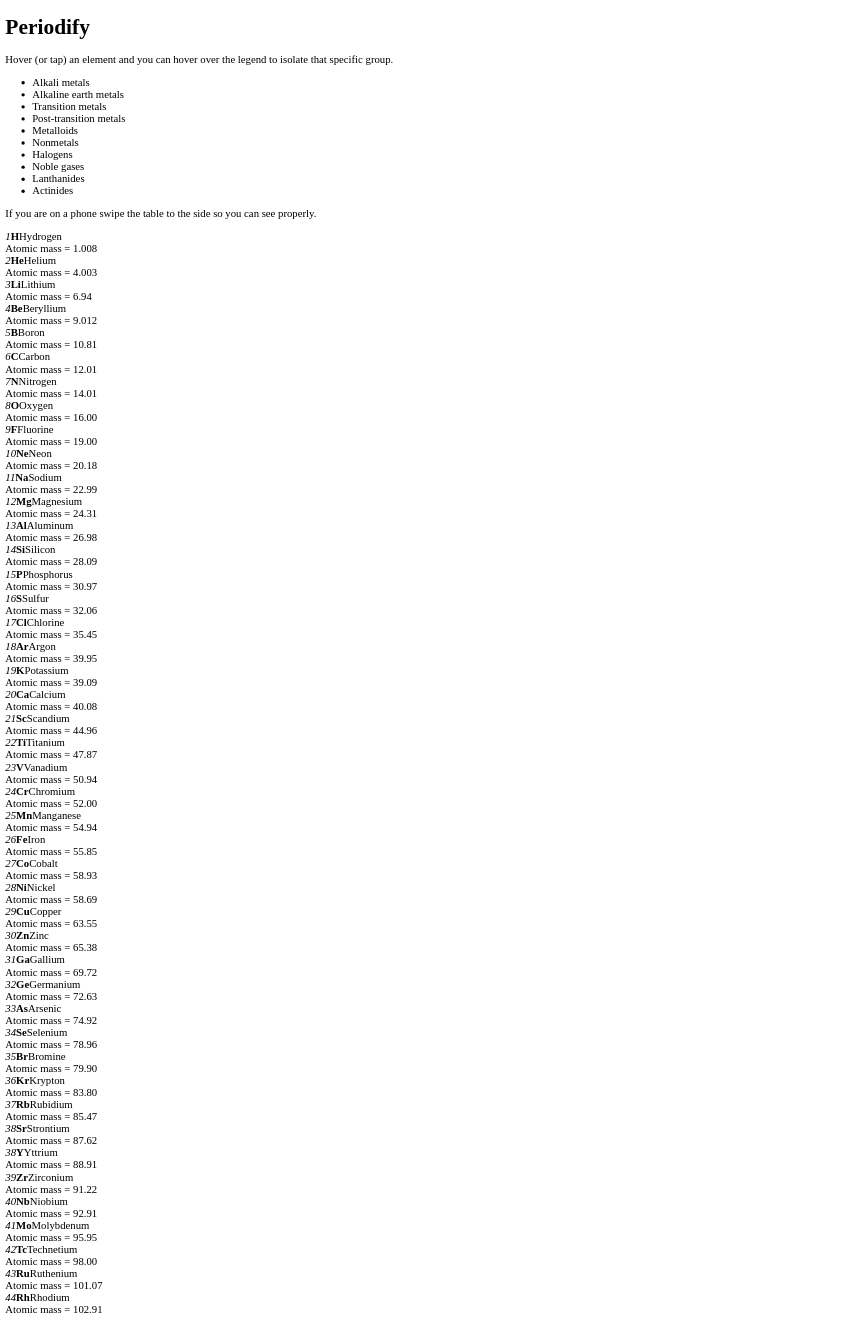
Repository: manayparikh1/Periodify
Page: index.html
These files come from the project's save history. The page is drawn as it stood at one moment and after the next save; the edit follows.
The browser window is 1280 px wide. The pictures show the whole page, at 67% of full size.

Above is the page before, as saved 2026-10-16 15:20:26.

### index.html
<!DOCTYPE html>
<html lang="en">

<head>
    <meta charset="UTF-8">
    <meta name="viewport" content="width=device-width, initial-scale=1.0">
    <title>Periodify</title>
</head>

<body>
    <!-- === HTML STARTS here===-->
    <header>
        <h1>Period<span>ify</span></h1>
        <p>Hover (or tap) an element and you can hover over the legend to isolate that specific group.</p>
    </header>
    <!-- === Legend === -->
    <ul class="legend">
        <li class="k-ak" style="--c: var(--ak);">Alkali metals</li>
        <li class="k-ae" style="--c: var(--ae);">Alkaline earth metals</li>
        <li class="k-tm" style="--c: var(--tm);">Transition metals</li>
        <li class="k-pt" style="--c: var(--pt);">Post-transition metals</li>
        <li class="k-md" style="--c: var(--md);">Metalloids</li>
        <li class="k-nm" style="--c: var(--nm);">Nonmetals</li>
        <li class="k-hg" style="--c: var(--hg);">Halogens</li>
        <li class="k-hl" style="--c: var(--hl);">Noble gases</li>
        <li class="k-la" style="--c: var(--la);">Lanthanides</li>
        <li class="k-ac" style="--c: var(--ac);">Actinides</li>
    </ul>
    <p class="hint">If you are on a phone swipe the table to the side so you can see properly.</p>
    <div class="scroll">
        <div class="table">

            <!-- The first period -->
            <div class="el nm" tabindex="0"><i>1</i><b>H</b><span>Hydrogen<br>Atomic mass = 1.008</span></div>
            <div class="gap" style="--n:16"></div>
            <!-- Gives a 16 element gap because hydron and helium are not in the same column -->
            <div class="el ng" tabindex="0"><i>2</i><b>He</b><span>Helium<br>Atomic mass = 4.003</span></div>
            <!-- The second period -->
            <div class="el ak" tabindex="0"><i>3</i><b>Li</b><span>Lithium<br>Atomic mass = 6.94</span></div>
            <div class="el ae" tabindex="0"><i>4</i><b>Be</b><span>Beryllium<br>Atomic mass = 9.012</span></div>
            <div class="gap" style="--n:10"></div>
            <div class="el md" tabindex="0"><i>5</i><b>B</b><span>Boron<br>Atomic mass = 10.81</span></div>
            <div class="el nm" tabindex="0"><i>6</i><b>C</b><span>Carbon<br>Atomic mass = 12.01</span></div>
            <div class="el nm" tabindex="0"><i>7</i><b>N</b><span>Nitrogen<br>Atomic mass = 14.01</span></div>
            <div class="el nm" tabindex="0"><i>8</i><b>O</b><span>Oxygen<br>Atomic mass = 16.00</span></div>
            <div class="el hg" tabindex="0"><i>9</i><b>F</b><span>Fluorine<br>Atomic mass = 19.00</span></div>
            <div class="el ng" tabindex="0"><i>10</i><b>Ne</b><span>Neon<br>Atomic mass = 20.18</span></div>
            <!-- The third period -->
            <div class="el ak" tabindex="0"><i>11</i><b>Na</b><span>Sodium<br>Atomic mass = 22.99</span></div>
            <div class="el ae" tabindex="0"><i>12</i><b>Mg</b><span>Magnesium<br>Atomic mass = 24.31</span></div>
            <div class="gap" style="--n:10"></div>
            <div class="el md" tabindex="0"><i>13</i><b>Al</b><span>Aluminum<br>Atomic mass = 26.98</span></div>
            <div class="el nm" tabindex="0"><i>14</i><b>Si</b><span>Silicon<br>Atomic mass = 28.09</span></div>
            <div class="el nm" tabindex="0"><i>15</i><b>P</b><span>Phosphorus<br>Atomic mass = 30.97</span></div>
            <div class="el nm" tabindex="0"><i>16</i><b>S</b><span>Sulfur<br>Atomic mass = 32.06</span></div>
            <div class="el hg" tabindex="0"><i>17</i><b>Cl</b><span>Chlorine<br>Atomic mass = 35.45</span></div>
            <div class="el ng" tabindex="0"><i>18</i><b>Ar</b><span>Argon<br>Atomic mass = 39.95</span></div>
            <!-- the fourth period -->
            <div class="el ak" tabindex="0"><i>19</i><b>K</b><span>Potassium<br>Atomic mass = 39.09</span></div>
            <div class="el ae" tabindex="0"><i>20</i><b>Ca</b><span>Calcium<br>Atomic mass = 40.08</span></div>
            <div class="el tm" tabindex="0"><i>21</i><b>Sc</b><span>Scandium<br>Atomic mass = 44.96</span></div>
            <div class="el tm" tabindex="0"><i>22</i><b>Ti</b><span>Titanium<br>Atomic mass = 47.87</span></div>
            <div class="el tm" tabindex="0"><i>23</i><b>V</b><span>Vanadium<br>Atomic mass = 50.94</span></div>
            <div class="el tm" tabindex="0"><i>24</i><b>Cr</b><span>Chromium<br>Atomic mass = 52.00</span></div>
            <div class="el tm" tabindex="0"><i>25</i><b>Mn</b><span>Manganese<br>Atomic mass = 54.94</span></div>
            <div class="el tm" tabindex="0"><i>26</i><b>Fe</b><span>Iron<br>Atomic mass = 55.85</span></div>
            <div class="el tm" tabindex="0"><i>27</i><b>Co</b><span>Cobalt<br>Atomic mass = 58.93</span></div>
            <div class="el tm" tabindex="0"><i>28</i><b>Ni</b><span>Nickel<br>Atomic mass = 58.69</span></div>
            <div class="el tm" tabindex="0"><i>29</i><b>Cu</b><span>Copper<br>Atomic mass = 63.55</span></div>
            <div class="el tm" tabindex="0"><i>30</i><b>Zn</b><span>Zinc<br>Atomic mass = 65.38</span></div>
            <div class="el pt" tabindex="0"><i>31</i><b>Ga</b><span>Gallium<br>Atomic mass = 69.72</span></div>
            <div class="el md" tabindex="0"><i>32</i><b>Ge</b><span>Germanium<br>Atomic mass = 72.63</span></div>
            <div class="el md" tabindex="0"><i>33</i><b>As</b><span>Arsenic<br>Atomic mass = 74.92</span></div>
            <div class="el nm" tabindex="0"><i>34</i><b>Se</b><span>Selenium<br>Atomic mass = 78.96</span></div>
            <div class="el hg" tabindex="0"><i>35</i><b>Br</b><span>Bromine<br>Atomic mass = 79.90</span></div>
            <div class="el ng" tabindex="0"><i>36</i><b>Kr</b><span>Krypton<br>Atomic mass = 83.80</span></div>
            <!-- the fifth period -->
            <div class="el ak" tabindex="0"><i>37</i><b>Rb</b><span>Rubidium<br>Atomic mass = 85.47</span></div>
            <div class="el ae" tabindex="0"><i>38</i><b>Sr</b><span>Strontium<br>Atomic mass = 87.62</span></div>
            <div class="el tm" tabindex="0"><i>38</i><b>Y</b><span>Yttrium<br>Atomic mass = 88.91</span></div>
            <div class="el tm" tabindex="0"><i>39</i><b>Zr</b><span>Zirconium<br>Atomic mass = 91.22</span></div>
            <div class="el tm" tabindex="0"><i>40</i><b>Nb</b><span>Niobium<br>Atomic mass = 92.91</span></div>
            <div class="el tm" tabindex="0"><i>41</i><b>Mo</b><span>Molybdenum<br>Atomic mass = 95.95</span></div>
            <div class="el tm" tabindex="0"><i>42</i><b>Tc</b><span>Technetium<br>Atomic mass = 98.00</span></div>
            <div class="el tm" tabindex="0"><i>43</i><b>Ru</b><span>Ruthenium<br>Atomic mass = 101.07</span></div>
            <div class="el tm" tabindex="0"><i>44</i><b>Rh</b><span>Rhodium<br>Atomic mass = 102.91</span></div>

        </div>
</body>

After the next save:
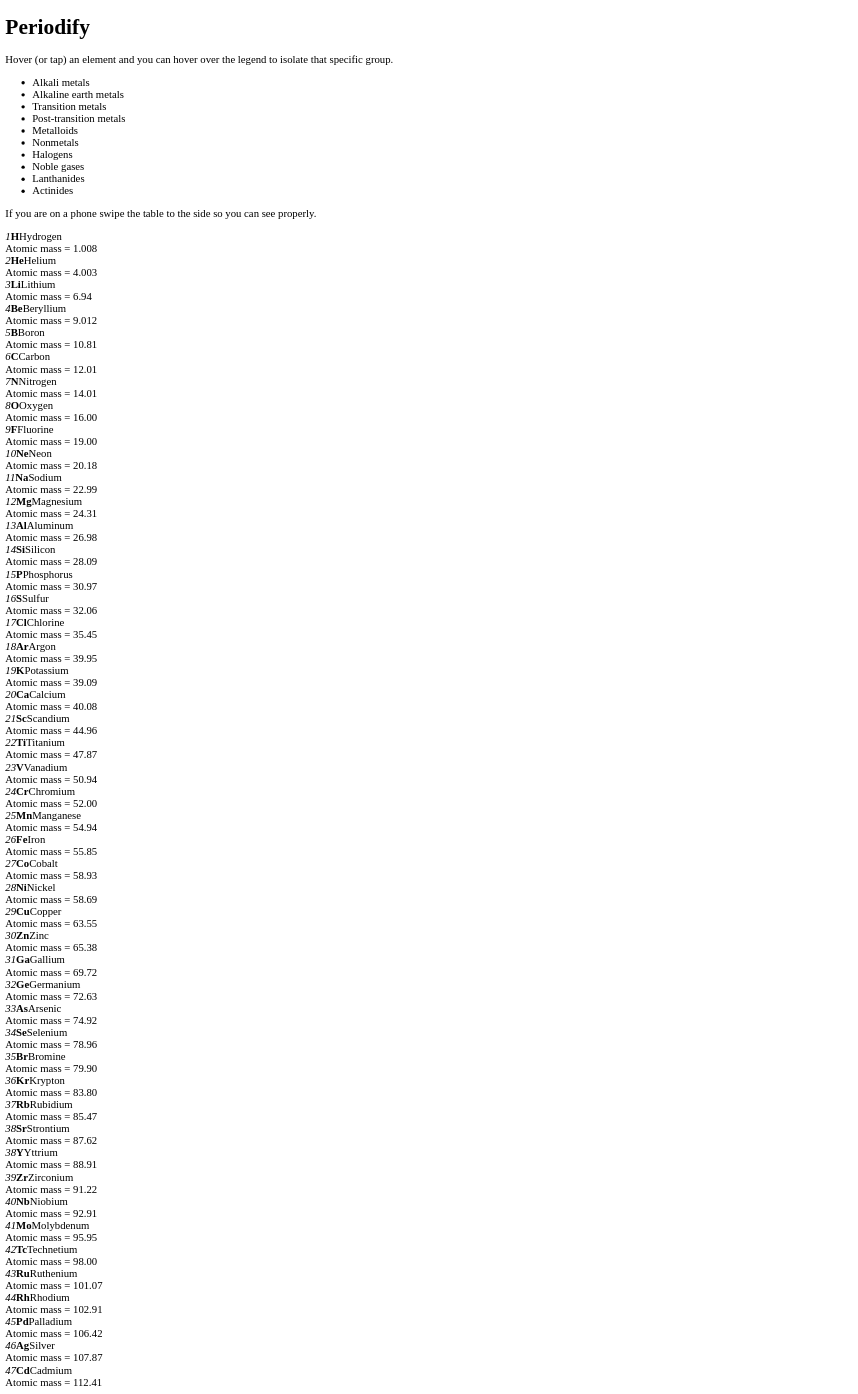
Saved 5 min 55 s later.
--- a/index.html
+++ b/index.html
@@ -84,6 +84,10 @@
             <div class="el tm" tabindex="0"><i>42</i><b>Tc</b><span>Technetium<br>Atomic mass = 98.00</span></div>
             <div class="el tm" tabindex="0"><i>43</i><b>Ru</b><span>Ruthenium<br>Atomic mass = 101.07</span></div>
             <div class="el tm" tabindex="0"><i>44</i><b>Rh</b><span>Rhodium<br>Atomic mass = 102.91</span></div>
+            <div class="el tm" tabindex="0"><i>45</i><b>Pd</b><span>Palladium<br>Atomic mass = 106.42</span></div>
+            <div class="el tm" tabindex="0"><i>46</i><b>Ag</b><span>Silver<br>Atomic mass = 107.87</span></div>
+            <div class="el tm" tabindex="0"><i>47</i><b>Cd</b><span>Cadmium<br>Atomic mass = 112.41</span></div>
+            <!-- the sixth period -->
+            <div class="el ak" </div>
 
-        </div>
 </body>
